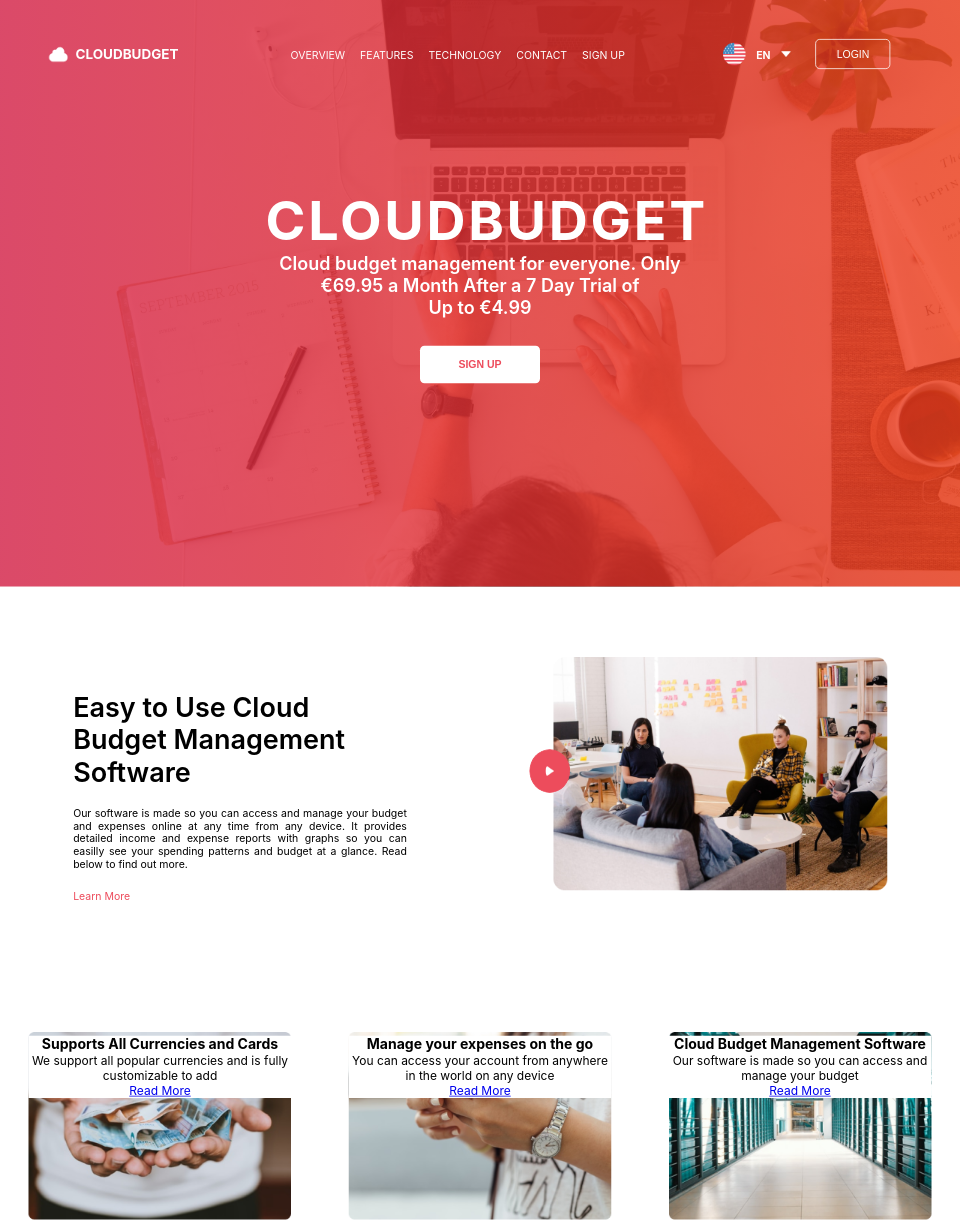
Repository: Ola-22/cloudBudget
Page: /
The author's editor kept a copy of each file at every save. The page is drawn from the files as they stood at one save, then again after the next save.
The browser window is 1280 px wide. The pictures show the whole page, at 75% of full size.
The project was rebuilt for these pictures with package versions that can differ from the ones it lists, and the page was loaded fresh each time.

Above is the page before, as saved 2021-09-13 12:40:26.

After the next save:
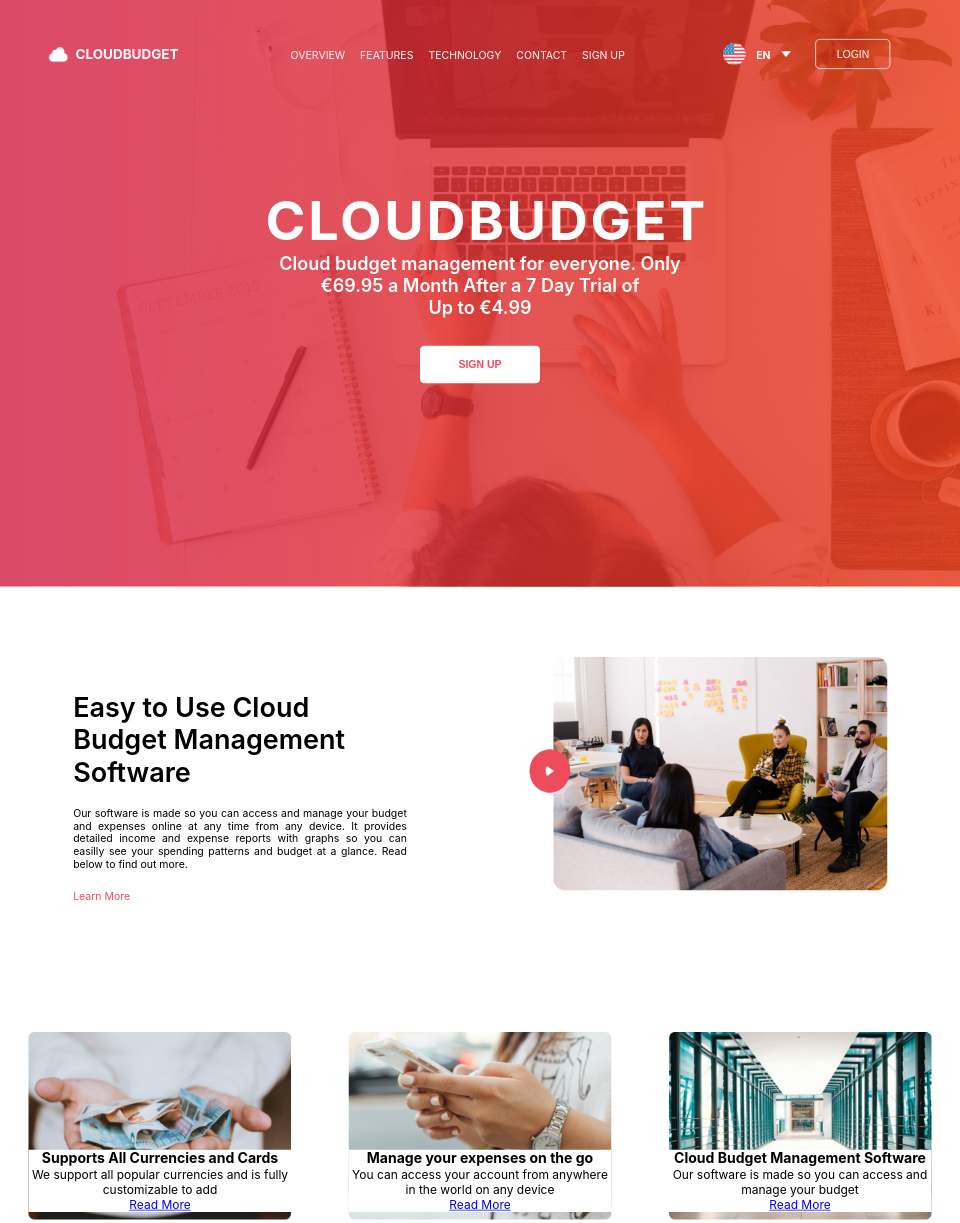
Saved 39 s later.
--- a/src/Components/Features/FeaturesCard/style.scss
+++ b/src/Components/Features/FeaturesCard/style.scss
@@ -8,6 +8,6 @@
   & > div{
     background-color: $whiteColor;
     position: absolute;
-    top: 5px;
+    top: 157px;
   }
 }
